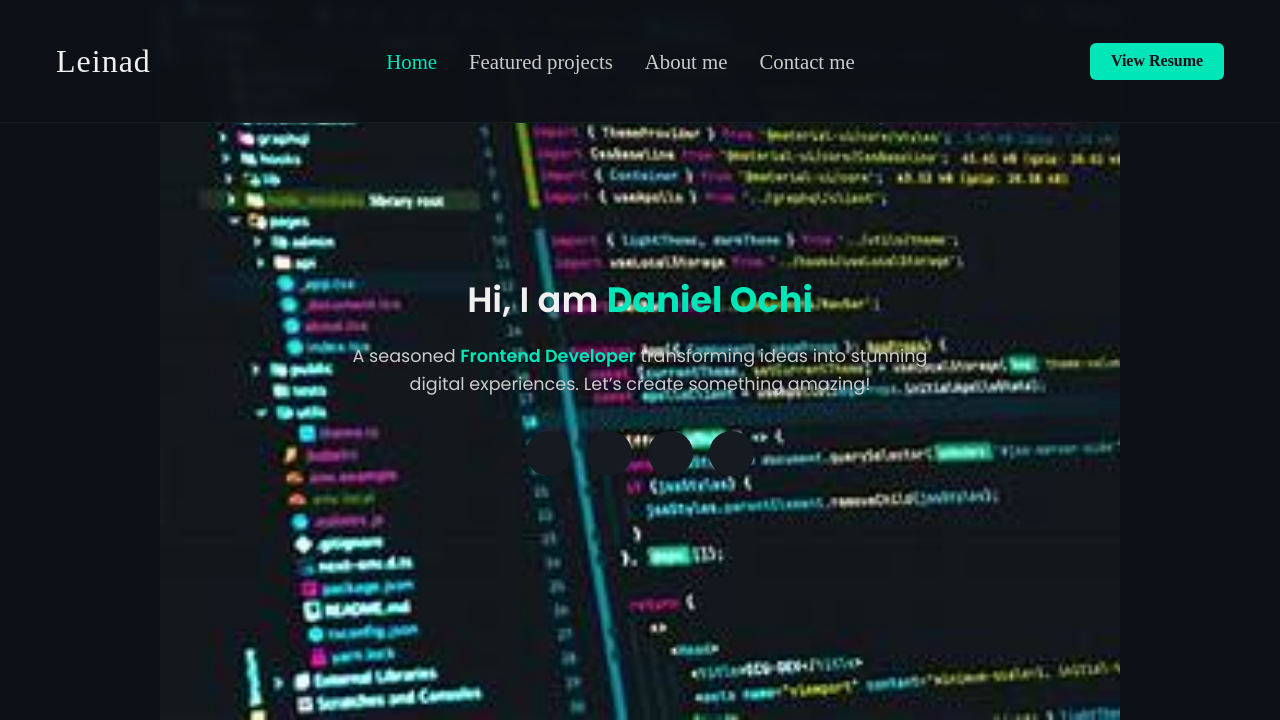
Repository: Austinokezie/Myportfolio
Page: index.html
An editor plug-in stored every save of this project. The page is shown before and after the next save, followed by the edit.
The browser window is 1280 px wide. The pictures show the whole page.
Some web fonts or font styles are not loaded; a fallback is used.

Above is the page before, as saved 2025-10-14 13:26:19.

### index.html
<!DOCTYPE html>
<html lang="en">
<head>
    <meta charset="UTF-8">
    <meta name="viewport" content="width=device-width, initial-scale=1.0">
    <title>My Portfolio</title>
    <link rel="stylesheet" href="./style.css">
    <link rel="stylesheet" href="./mediaqueries.css">
    <link rel="stylesheet" href="./lib/css/bootstrap-grid.min.css">
    <link rel="stylesheet" href="./lib/js/bootstrap.bundle.min.js">
</head>
<body>
    <header>
        <nav class="navbar">
          <div class="logo">Leinad</div>

           <ul class="nav-links">
              <li><a href="#" class="active">Home</a></li>
              <li><a href="#">Featured projects</a></li>
              <li><a href="#">About me</a></li>
             <li><a href="#">Contact me</a></li>
           </ul>

          <a href="#" class="resume-btn">View Resume</a>
       </nav>
  </header>
    </nav>
   <section class="intro">
      <div class="intro-content">
         <h1>Hi, I am <span>Daniel Ochi</span></h1>
           <p>
              A seasoned <span class="highlight">Frontend Developer</span> transforming ideas into
              stunning digital experiences. Let’s create something amazing!
           </p>

          <div class="social-links">
              <a href="#" title="GitHub"><i class="fab fa-github"></i></a>
              <a href="#" title="Medium"><i class="fab fa-medium"></i></a>
              <a href="#" title="LinkedIn"><i class="fab fa-linkedin"></i></a>
             <a href="#" title="Twitter"><i class="fab fa-twitter"></i></a>
          </div>
       </div>
    </section>










         <!-- Arrow -->
        <!-- <div class="text-center mt-5">
           <img
             src="./Asset/icons8-arrow-down-100.png"
             alt="arrow icon"
             class="icon arrow img-fluid"
             style="width: 50px; cursor: pointer;"
             onclick="location.href='./experience'"
            >
       </div> -->





<!--
        <img src="./Asset/icons8-arrow-down-100.png" alt="arrow icon"
           class="icon arrow"
           onclick="location.href= './experience'"
        >  -->




















</body>
</html>

### style.css

@import url('https://fonts.googleapis.com/css2?family=Alan+Sans:wght@300..900&family=Poppins:ital,wght@0,100;0,200;0,300;0,400;0,500;0,600;0,700;0,800;0,900;1,100;1,200;1,300;1,400;1,500;1,600;1,700;1,800;1,900&display=swap');



*{
    margin: 0;
    padding: 0;


}


/* Reset some default styles */
* {
  margin: 0;
  padding: 0;
  box-sizing: border-box;
}

body {
  background-color: #0d1117;
  color: #f0f0f0;
  font-family: 'Poppins', sans-serif;
  display: flex;
  justify-content: center;
  align-items: center;
  height: 100vh;
}



/* === Navbar === */
header {
  width: 100%;
  background-color: rgba(13, 17, 23, 0.95);
  position: fixed;
  top: 0;
  left: 0;
  z-index: 10;
  backdrop-filter: blur(6px);
  border-bottom: 1px solid rgba(255, 255, 255, 0.05);
  font-family: serif;
}

.navbar {
  max-width: 1200px;
  margin: 0 auto;
  padding: 1rem 1rem;
  display: flex;
  justify-content: space-between;
  align-items: center;
}

/* Logo */
.logo {
  font-size: .5rem;
  font-weight: 200;
  font-family: serif;
  color: #f0f0f0;
  letter-spacing: 1px;
}

/* Navigation Links */
.nav-links {
  list-style: none;
  display: flex;
  gap: 1.5rem;
}

.nav-links a {
  text-decoration: none;
  color: #cccccc;
  font-weight: 100;
  transition: 0.3s ease;
  font-size: 1.3rem;
}

.nav-links a:hover {
  color: #00e6b8;
}

.nav-links a.active {
  color: #00e6b8;
}

/* Resume Button */
.resume-btn {
  background-color: #00e6b8;
  color: #0d1117;
  text-decoration: none;
  padding: 0.6rem 1.3rem;
  border-radius: 6px;
  font-weight: 600;
  transition: all 0.3s ease;
}

.resume-btn:hover {
  background-color: #00cfa4;
  transform: translateY(-2px);
}











/* Intro Section */
.intro {
  position: relative;
  min-height: 100vh;
  width: 100%;
  background: url('./Asset/OIP\ \(1\).jpeg') center/cover no-repeat; /* <-- Replace with your image */
  display: flex;
  justify-content: center;
  align-items: center;
  text-align: center;
  overflow: hidden;
}
/* Dark overlay to dim image */
.overlay {
  position: absolute;
  top: 0;
  left: 0;
  width: 100%;
  height: 100%;
  background: rgba(0, 0, 0, 0.9); /* adjust dimness here */
  z-index: 1;
}

/* Text Content */
.intro-content {
  position: relative;
  z-index: 2;
  max-width: 700px;
  padding: 2rem;
}

.intro h1 {
  font-size: 2.2rem;
  margin-bottom: 1rem;
  font-weight: 600;
}

.intro h1 span {
  color: #00e6b8;
  font-weight: 700;
}

.intro p {
  font-size: 1.1rem;
  color: #cccccc;
  max-width: 600px;
  margin: 0 auto 2rem auto;
  line-height: 1.6;
}

.highlight {
  color: #00e6b8;
  font-weight: 600;
}

/* Social Icons */
.social-links {
  display: flex;
  justify-content: center;
  gap: 1rem;
}

.social-links a {
  display: flex;
  justify-content: center;
  align-items: center;
  background-color: #161b22;
  width: 45px;
  height: 45px;
  border-radius: 50%;
  font-size: 1.2rem;
  color: #00e6b8;
  transition: all 0.3s ease;
}

.social-links a:hover {
  background-color: #00e6b8;
  color: #0d1117;
  transform: translateY(-4px);
}

/* Responsive */
@media (max-width: 600px) {
  .intro h1 {
    font-size: 1.8rem;
  }

  .intro p {
    font-size: 1rem;
    padding: 0 1rem;
  }

  .social-links a {
    width: 40px;
    height: 40px;
    font-size: 1rem;
  }
}



@media (max-width: 400px) {
  body {
    padding: 0 1rem;
  }

  .intro h1 {
    font-size: 1.5rem;
    line-height: 1.3;
  }

  .intro p {
    font-size: 0.95rem;
    line-height: 1.5;
  }

  .social-links {
    gap: 0.7rem;
  }

  .social-links a {
    width: 38px;
    height: 38px;
    font-size: 0.9rem;
  }

  .intro {
    padding: 1.5rem 0.5rem;
  }
}


























































/* body {
  background: #f0f0f0;
} */
html{
    scroll-behavior:smooth ;
}
p{
    color: rgb(85, 85, 85);
}

/* Transition */

a, .btn{
    transition: all 300ms ease;
}

/* Desktop */

nav, .nav-links{
    display: flex;

}
nav{
    justify-content: space-around;
    align-items: center;
    height: 17vh;
}
.nav-links{
    gap: 2rem;
    list-style: none;
    font-size: 1.5rem;
}
a {
    color: black;
    text-decoration: none;
    text-decoration-color: white;
}
a:hover{
    color: grey;
    text-decoration: underline;
    text-underline-offset: 1rem;
    text-decoration-color: rgb(181 , 181, 181) ;
}
.logo{
    font-size: 2rem;
}
.logo:hover{
   cursor: default;
}
/* Hamburger */
#hamburger-nav{
    display: none;

}
.hamburger-menu{
    position: relative;
    display: inline-block;

}
.hamburger-icon{
    display: flex;
    flex-direction: column;
    justify-content: space-between;
    height: 24px;
    width: 30px;
    cursor: pointer;
}
.hamburger-icon span{
   width: 100%;
   height: 2px;
   background-color: black;
   transition: all 0.3 ease-in-out;
}
.menu-links{
    position: absolute;
    top: 100%;
    right: 0;
    width: fit-content;
    max-height: 0;
    overflow: hidden;
    transition: all 0.3 ease-in-out;

}
.menu-links a{
    display: block;
    padding: 10px;
    text-align: center;
    font-size: 1.5rem;
    color: black;
    text-decoration: none;
     transition: all 0.3 ease-in-out;
}
.menu-links li {
    list-style: none;

}
.menu-links.open{
    max-height: 300px;


}
.hamburger-icon.open span:first-child{
    transform: rotate(45deg) translate(10px, 5px);
}
.hamburger-icon.open span:nth-child(2){
  opacity: 0;
}
.hamburger-icon.open span:last-child{
    transform: rotate(-45deg) translate(10px, -5px);
}
.hamburger-icon.open span:first-child{
    transform: none;
}
.hamburger-icon.open span:first-child{
   opacity: 1;
}
.hamburger-icon.open span:first-child{
    transform: none;
}

/* section */
section{
    padding-top: 4vh;
    height: 96vh;
    margin: 0 10rem;
    box-sizing: border-box;
    min-height: fit-content;
}
.section-container{
    display: flex;
}
#profile{
    display: flex;
    justify-content: center;
    gap: 5rem;
    height: 80vh;
}
.section-pic-container{
    display: flex;
    height: 400px;
    margin: auto 0;
}
.section-pic-container img{
    width: 300px;
    height: 300px;
    border-radius: 50%;
    object-fit: cover;
    display: inline-block;
}
.section-text{
    align-self: center;
    text-align: center;
    margin-bottom: 20px;

}
.section-text-p{
    font-weight: 600;
}
.section-text-p1{
    text-align: center;
}
.intro-con.greet{
    font-size: 1.5rem;
}
.section-text-p2{
    font-size: 1.75rem;
    margin-bottom: 1rem;
}
.title{
    font-size: 3rem;
    text-align: center;
}
.socials-container{
    display: flex;
    justify-content: center;
    margin-top: 1rem;
    gap: 1rem;
}
/* ICON */
.icon{
    cursor: pointer;
    height: 2rem;
}
/* Buttons */
.btn-container{
    display: flex;
    justify-content: center;
    gap: 1rem;
}
.btn{
    font-weight: 600;
    transition: all 300ms ease;
    padding: .6rem;
    width: 8rem;
    border-radius: 2rem;

}
.btn-color-1, .btn-color-2{
    border: rgb(53, 53, 53) .1rem solid;
}
.btn-color-1:hover,
.btn-color-2:hover{
    cursor: pointer;
}
.btn-color-1,
.btn-color-2:hover{
    cursor: pointer;
    background: rgb(53, 53, 53);
    color: white;
}
.btn-color-1:hover{
    background: rgb(0, 0, 0);


}
.btn-color-2{
    background: none;

}
.btn-color-2:hover{
    border: rgb(255, 255, 255) .1rem solid;
}
.btn-container{
    gap: 1rem;
}

/* About section */


#about{
    position: relative;
    margin-top: 3.5rem;
}
.about-intro{
    margin-bottom: 20px;
}
.section_text_p1{
    text-align: center;
}

/* .about-containers{
    display: flex;
    flex-wrap: wrap;
    justify-content: center;
    gap: 2rem;
    margin-bottom: 2rem;
    margin-top: 2rem;
} */
/* .about-details-container{
    justify-content: center;
    flex-direction: column;
} */
.about-containers,
.about-details-container{
    /* display: flex; */
}
.about-details-container{
    display: block;
}
.about-pic{
    border-radius: 2rem;
    max-width: 400px;
    width: 100%;
    height: auto;
    object-fit: cover;
}
.arrow{
    position: absolute;
    right: -5rem;
    bottom: 2.5rem;
}
.details-container{

    padding: 1.5rem;
    /* flex: 1;  */
    background: white;
    border-radius: 2rem;
    border: rgb(53, 53, 53) 0.1rem solid;
    border-color: rgb(163, 163, 163);
    text-align: center;
}
.section_container{
    /* display: flex; */
    gap: 2rem;
    /* height: 70%; */

}
.section__pic-container{
   /* height: auto; */
   width: 100%;
   display: flex;
   justify-content: center;
   align-items: center;
}


.skill-card{
    display: flex;
    flex-direction: column;
    align-items: center;
    justify-content: center;
    padding: 20px;
    background: #fff;
    border-radius: 2px;
    box-shadow: 0 4px 4px rgba(0, 0, 0, 0.1);
    height: 55px;
}
.skill-card img{
    width: 40px;
    height: 40px;
    margin-bottom: 10px;
}



/* Experience section */
#experience{
    position: relative;
}
.experience-sub-title{
    color: rgb(85, 85, 85);
    font-weight: 600;
    font-size: 1.75rem;
    margin-bottom: 2rem;

}
.experience-details-container{
    display: flex;
    justify-content: center;
    flex-direction: column;

}
.article-container{
    display: flex;
    text-align: initial;
    flex-wrap: wrap;
    flex-direction: row;
    gap: 2.5rem;
    justify-content: space-around;
}
article{
    display: flex;
    width: 10rem;
    justify-content: space-around;
    gap: 0.5rem;

}
article .icon{
    cursor: default;
}


/* Projects Section */


#projects{
    position: relative;
}
.color-container{
    border-color: rgb(163, 163, 163);
    background: rgb(255, 255, 255);
}
.project-img{
   border-radius: 1rem;
   width: 100%;
   height: 100%;
}
.project-title{
    margin: 1rem;
    color: black;
}
.project-btn{
    color: black;
    border-color: rgb(163, 163, 163);
}
/* CONTACT */
#contact{
    display: flex;
    justify-content: center;
    flex-direction: column;
    height: 70vh;
}
.contact-info-upper-container{
    display: flex;
    justify-content: center;
    border-radius: 2rem;
    border: rgb(53, 53, 53) 0.1rem solid;
    background-color: rgb(163, 163, 163);
    background: rgb(250, 250, 250);
    margin: 2rem auto;
    padding: 0.5rem;

}
.contact-info-container{
    display: flex;
    align-items: center;
    justify-content: center;
    gap: 0.5rem;
    margin: 1rem;
}
.contact-info-container p{
    font-size: larger;
}
.contact-icon{
    cursor: default;
}

/* footer */
footer{
    height: 26vh;
    margin:  0 1 rem;
    color: #fff;
    background: #f9f9f9;
    box-shadow: 0 -4px 6px rgba(0, 0, 0, 0.2);

}
/* hr{
    width: 75%;
    margin: 20px auto;
    border-color: #333;

} */

.nav-links{
   color: rgb(85, 85, 85);
}
footer p{
    text-align: center ;
}

@media (max-width: 768px) {
  .arrow {
    position: static;
    margin: 2rem auto 0;
    display: block;
  }
}

@media (max-width: 992px) {
  .section_container {
    flex-direction: column;
    align-items: center;
  }

  .section__pic-container,
  .about-details-container {
    max-width: 100%;
  }

  .arrow {
    position: static;
    display: block;
    margin: 2rem auto 0;
  }
}

Loaded but not shown: lib/css/bootstrap-grid.min.css (library); lib/js/bootstrap.bundle.min.js (library); mediaqueries.css (empty)

After the next save:
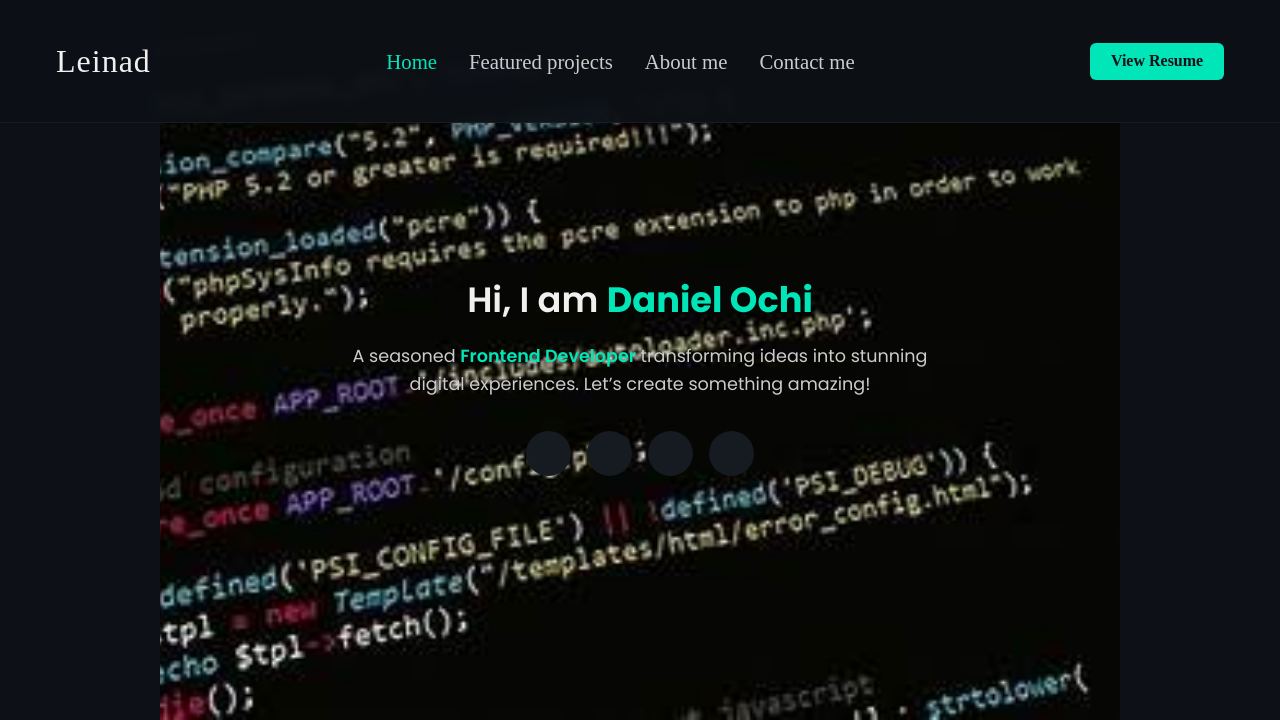
Saved 62 s later.
--- a/style.css
+++ b/style.css
@@ -115,7 +115,7 @@ header {
   position: relative;
   min-height: 100vh;
   width: 100%;
-  background: url('./Asset/OIP\ \(1\).jpeg') center/cover no-repeat; /* <-- Replace with your image */
+  background: url('./Asset/OIP.jpeg') center/cover no-repeat; /* <-- Replace with your image */
   display: flex;
   justify-content: center;
   align-items: center;
